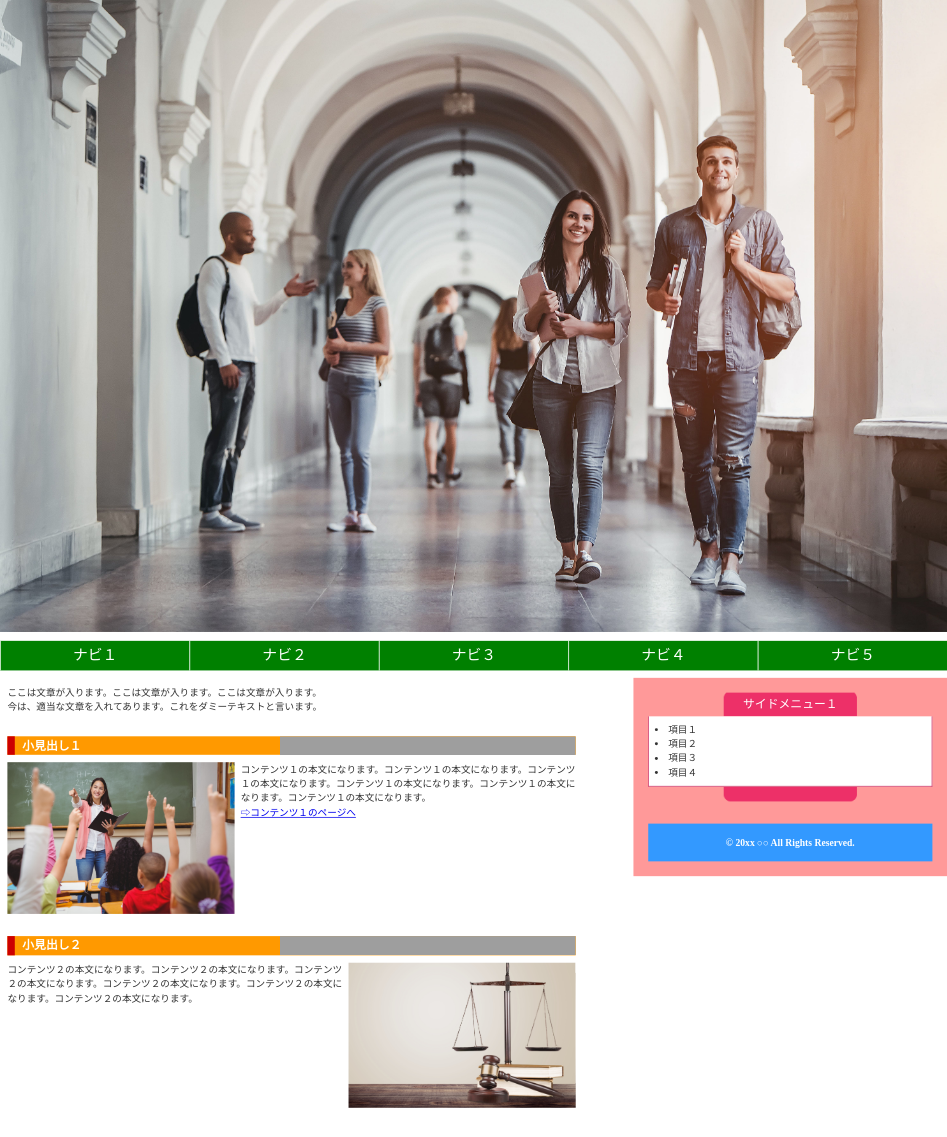
Repository: Aishu0905/samurai_HTML-CSS
Page: samurai/home.html
The author's editor kept a record of every edit. The page is drawn from the files as they stood at one moment, then again after the next edit.
The browser window is 1280 px wide. The pictures show the whole page, at 74% of full size.
Pictures or frames that could not be fetched are drawn as grey boxes.

Above is the page before.

### samurai/home.html
<!DOCTYPE html>
<html lang="ja">
<head>
    <meta charset="UTF-8">
    <title>HTML/CSSの学習</title>
    <link rel="stylesheet" href="stylesheet.css">
</head>
<body>
    <div id="header">
    <h1><a href="index.html"><img id="corridor" src="images/corridor.jpg" alt="大学の廊下" /></a></h1>
    </div>
    <div id="wrapper">
        <div id="nav">
            <ul>
                <li><a href="home.html">ナビ１</a></li>
                <li><a href="#">ナビ２</a></li>
                <li><a href="#">ナビ３</a></li>
                <li><a href="#">ナビ４</a></li>
                <li><a href="#">ナビ５</a></li>
            </ul>
        </div>
    </div>
    <div id="container">
        <div id="main">
            <div class="post">
                <p>ここは文章が入ります。ここは文章が入ります。ここは文章が入ります。<br />今は、適当な文章を入れてあります。これをダミーテキストと言います。</p>
            </div>
            <div class="post clearfix">
                <h2>小見出し１</h2>
                <img class="left" src="images/classroom.jpeg" alt="授業風景" />
                <p>コンテンツ１の本文になります。コンテンツ１の本文になります。コンテンツ１の本文になります。コンテンツ１の本文になります。コンテンツ１の本文になります。コンテンツ１の本文になります。
                </p>
                <p><a href="#">⇨コンテンツ１のページへ</a></p>
            </div>
            <div class="post clearfix">
                <h2>小見出し２</h2>
                <img class="right" src="images/scale.jpeg" alt="天秤" />
                <p>
                    コンテンツ２の本文になります。コンテンツ２の本文になります。コンテンツ２の本文になります。コンテンツ２の本文になります。コンテンツ２の本文になります。コンテンツ２の本文になります。
                </p>
            </div>
        </div>
            <div id="side">
                <div class="box">
                    <h2>サイドメニュー１</h2>
                <div class="boxbody">
                    <u1>
                        <li>項目１</li>
                        <li>項目２</li>
                        <li>項目３</li>
                        <li>項目４</li>
                    </ul>
                </div>
    </div>

    <div id="footer">
        <p>&copy; 20xx ○○ All Rights Reserved.</p>
        </div>
</body>
</html>

### samurai/stylesheet.css
@charset"UTF-8";

body{
    margin: 0;
    padding: 0;
    font-family: "ヒラギノ角ゴ pro W3","hiragino kaku Gothic Pro","メイリオ" Meiryo, Osaka, "MS Pゴシック","MS PGothic", sans-serif;
    color: #333;
    font-size: 13px;
    line-height: 150%;
}

#wrapper{
    width: 100%;
    margin: auto;
    padding: 0px;
    border: 0px;
    background-color: #FFF;
    top: 10px;
    position: relative;
}

#header{
    width:100%;
}
#header h1{
    margin:0;
    padding:0;
}
#corridor{
    width:100%;
    height:auto;
}

#footer{
    clear: both;
    width: 100%;
    padding: 3px 0 3px 0;
    background: #39F;
    color: #FFF;
    font-weight: bold;
    text-align: center;
}

#nav{
    width:100%;
}
#nav ul{
    margin: 0;
    padding: 0;
    list-style-type: none;
}
#nav ul li{
    float: left;
    width: 20%;
    text-align: center;
}
#nav ul li a {
	 display: block;
	 height: 20px;
	 margin: 0;
	 padding: 10px;
	 color: #FFF;
	 font-size: 20px;
	 text-decoration: none;
	 background-color: green;
     border-left: 1px solid white;
 }
 #nav ul li a:hover{
     filter:drop-shadow(10px 10px 10px black);
 }

 #container{
     width:100%;
     margin:auto;
     padding:auto;
     padding-top: 20px;
     clear:both;
 }

 #main{
     float:left;
     width:60%;
     padding:10px 30px 10px 10px;
 }
 #main h2{
     margin:0 0 10px 0;
     padding:3px 10px 3px 10px;
     color:#FFF;
     font-size:16px;
     border-left:solid 10px #C00;
     background:#F90 url(../images/main_h2.jpeg) right top repeat-y;
 }
 #main p{
     margin:0;
     padding:0;
 }
 #main .post{
     margin:0 0 30px 0;
 }
 #main .post img.right{
     margin:0 0 0 8px;
 }
 #main .post img.left{
     margin:0 8px 0 0;
 }
 .right{
     float:right;
     width:40%;
     height:auto;
 }
 .left{
     float:left;
     width:40%;
     height: auto;
 }

 .clearfix{
     zoom: 1;
 }
 .clearfix:after{
     content:"";
     display:block;
     clear:both;
 }

 #side{
     float:right;
     width:30%;
     padding:20px;
     background-color:#F99;
 }
 #side .box{
     margin: 0 auto 30px auto;
     padding: 0 0 20px 0;
     background: url(images/side_box.png) bottom no-repeat;
 }
 #side .box h2{
     margin:0;
     padding:8px;
     text-align:center;
     color:#fff;
     font-size:16px;
     line-height:16px;
     font-weight:normal;
     background:url(images/side_box_h2.png) center no-repeat;
 }
 #side .box .boxbody{
     padding:8px;
     border-right:solid 1px #c36;
     border-bottom:solid 1px #c36;
     border-left:solid 1px #c36;
     background:#fff;
 }
 #side .box .boxbody ul li{
     margin:0 0 16px 0;
     padding:0;
 }
 #side .box .boxbody ul li{
     padding:8px 0 8px 4px;
     list-style:none;
     border-bottom:solid 1px #c36;
 }

After the next edit:
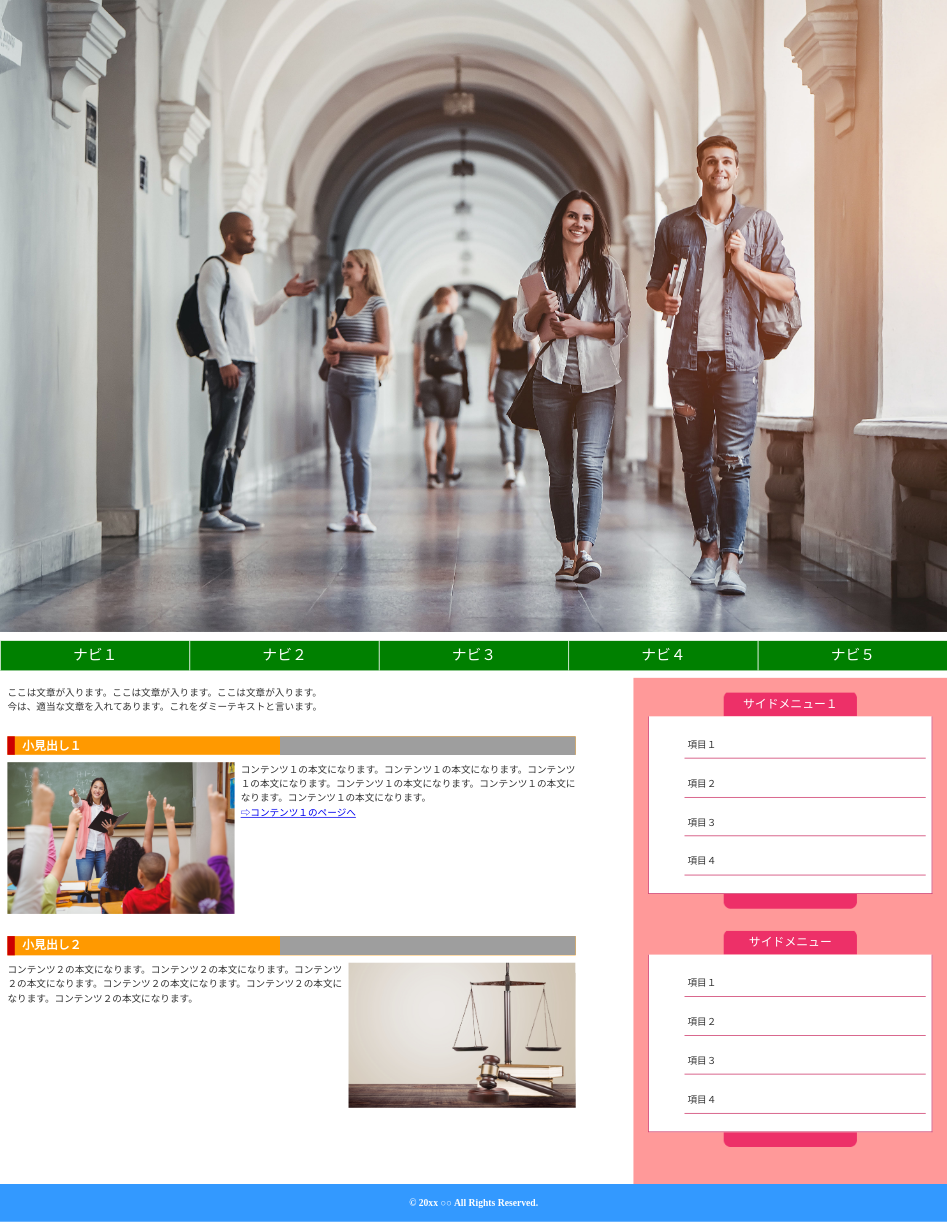
The edit:
--- a/samurai/home.html
+++ b/samurai/home.html
@@ -43,14 +43,27 @@
             <div id="side">
                 <div class="box">
                     <h2>サイドメニュー１</h2>
-                <div class="boxbody">
-                    <u1>
-                        <li>項目１</li>
-                        <li>項目２</li>
-                        <li>項目３</li>
-                        <li>項目４</li>
-                    </ul>
+                    <div class="boxbody">
+                        <ul>
+                            <li>項目１</li>
+                            <li>項目２</li>
+                            <li>項目３</li>
+                            <li>項目４</li>
+                        </ul>
+                    </div>
                 </div>
+                <div class="box">
+                    <h2>サイドメニュー</h2>
+                    <div class="boxbody">
+                        <ul>
+                            <li>項目１</li>
+                            <li>項目２</li>
+                            <li>項目３</li>
+                            <li>項目４</li>
+                        </ul>
+                    </div>
+                </div>
+            </div>
     </div>
 
     <div id="footer">
